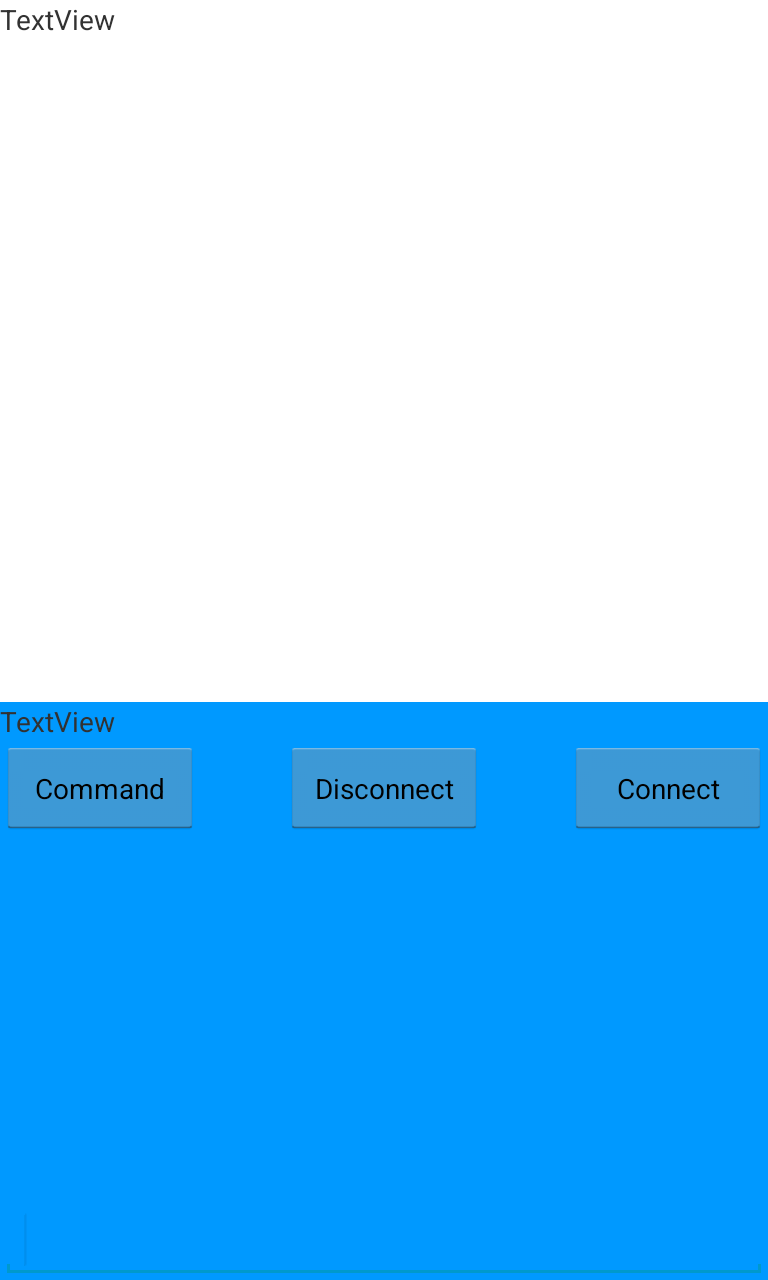
Repository: Clonedpirate/BtSshPwnPI
Layout: HackDroid/res/layout/terminal.xml
An editor plug-in stored every save of this project. The layout is shown before and after the next save, followed by the edit.
It is drawn on a 768 x 1280 px phone screen (xhdpi) without system bars, with theme AppTheme; the app's code is not run.

Above is the layout before, as saved 2014-06-19 16:29:27.

After the next save:
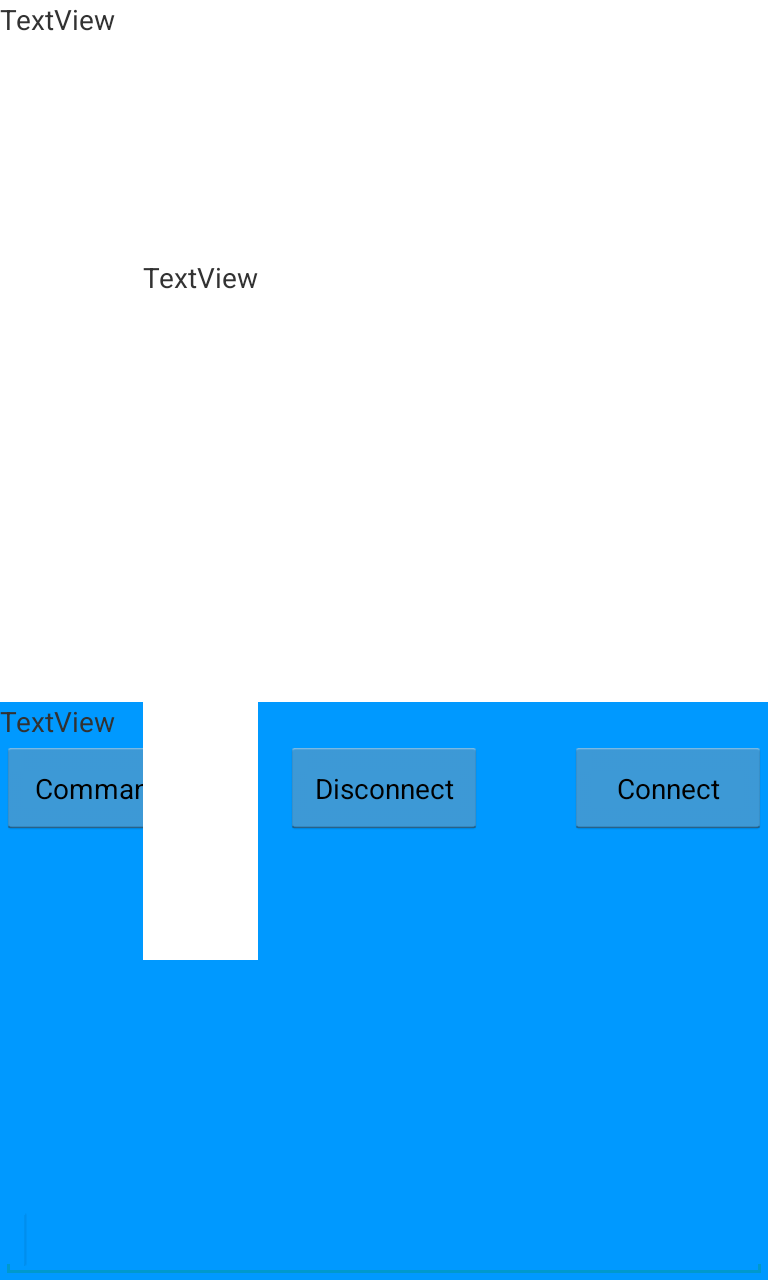
Saved 38 s later.
--- a/HackDroid/res/layout/terminal.xml
+++ b/HackDroid/res/layout/terminal.xml
@@ -59,4 +59,34 @@
         android:layout_below="@+id/IPtext"
         android:text="Command" />
 
+    <ScrollView
+        android:id="@+id/scrollView1"
+        android:layout_width="wrap_content"
+        android:layout_height="wrap_content"
+        android:layout_alignParentTop="true"
+        android:layout_marginLeft="14dp"
+        android:layout_marginTop="129dp"
+        android:layout_toRightOf="@+id/IPtext" >
+
+        <LinearLayout
+            android:layout_width="match_parent"
+            android:layout_height="match_parent"
+            android:orientation="vertical" >
+
+            <TextView
+        android:background="@color/white"
+        android:id="@+id/terminal"
+        android:layout_width="match_parent"
+        android:layout_height="351dp"
+        android:layout_alignParentLeft="true"
+        android:layout_alignParentTop="true"
+        android:text="TextView" />
+
+
+
+
+
+        </LinearLayout>
+    </ScrollView>
+
 </RelativeLayout>
